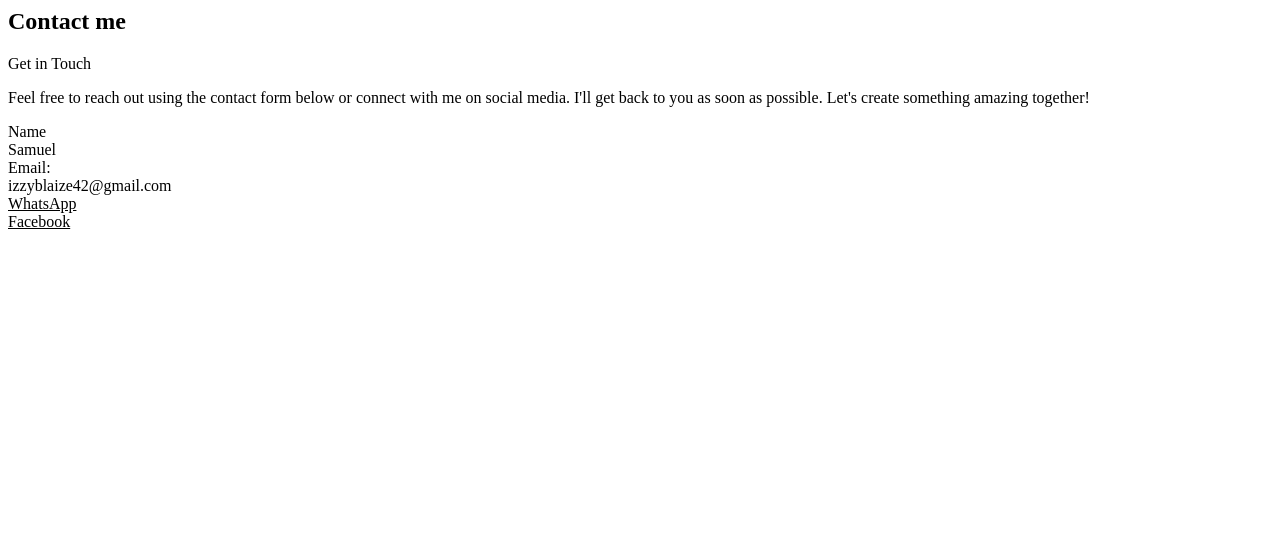
Repository: thedigitalwhizzy/JHF
Page: sample.html
These files come from the project's save history. The page is drawn as it stood at one moment and after the next save; the edit follows.
The browser window is 1280 px wide. The pictures show the whole page.

Above is the page before, as saved 2024-06-22 15:20:43.

After the next save:
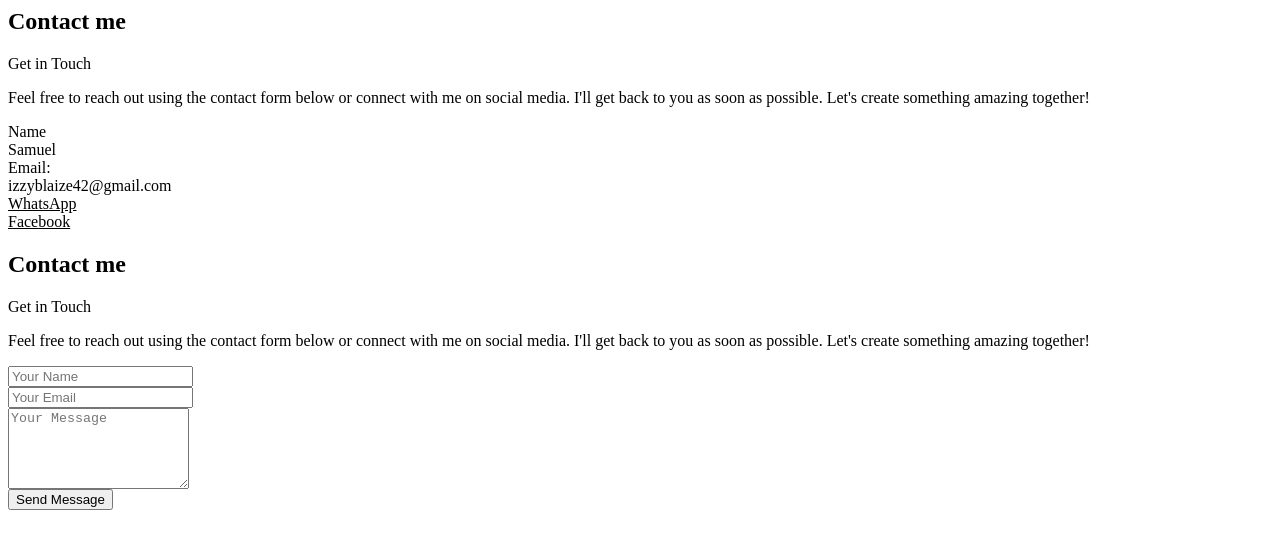
Saved 12 s later.
--- a/sample.html
+++ b/sample.html
@@ -38,6 +38,37 @@
           </div>
         </div>
 
+        <section class="contact" id="contact">
+            <div class="max-width">
+              <h2 class="title">Contact me</h2>
+              <div class="contact-content">
+                <div class="column left">
+                  <div class="text">Get in Touch</div>
+                  <p>Feel free to reach out using the contact form below or connect with me on social media. I'll get back to you as soon as possible. Let's create something amazing together!</p>
+                  <div class="icons">
+                    </div>
+
+                  <form action="submit-form.php" method="post" class="contact-form">
+                    <div class="form-field">
+                      <input type="text" name="name" id="name" placeholder="Your Name" required>
+                    </div>
+                    <div class="form-field">
+                      <input type="email" name="email" id="email" placeholder="Your Email" required>
+                    </div>
+                    <div class="form-field">
+                      <textarea name="message" id="message" placeholder="Your Message" rows="5" required></textarea>
+                    </div>
+                    <div class="form-field">
+                      <button type="submit">Send Message</button>
+                    </div>
+                  </form>
+                </div>
+
+                <div class="column right">
+                  </div>
+              </div>
+            </div>
+          </section>
 
 
       </div>
